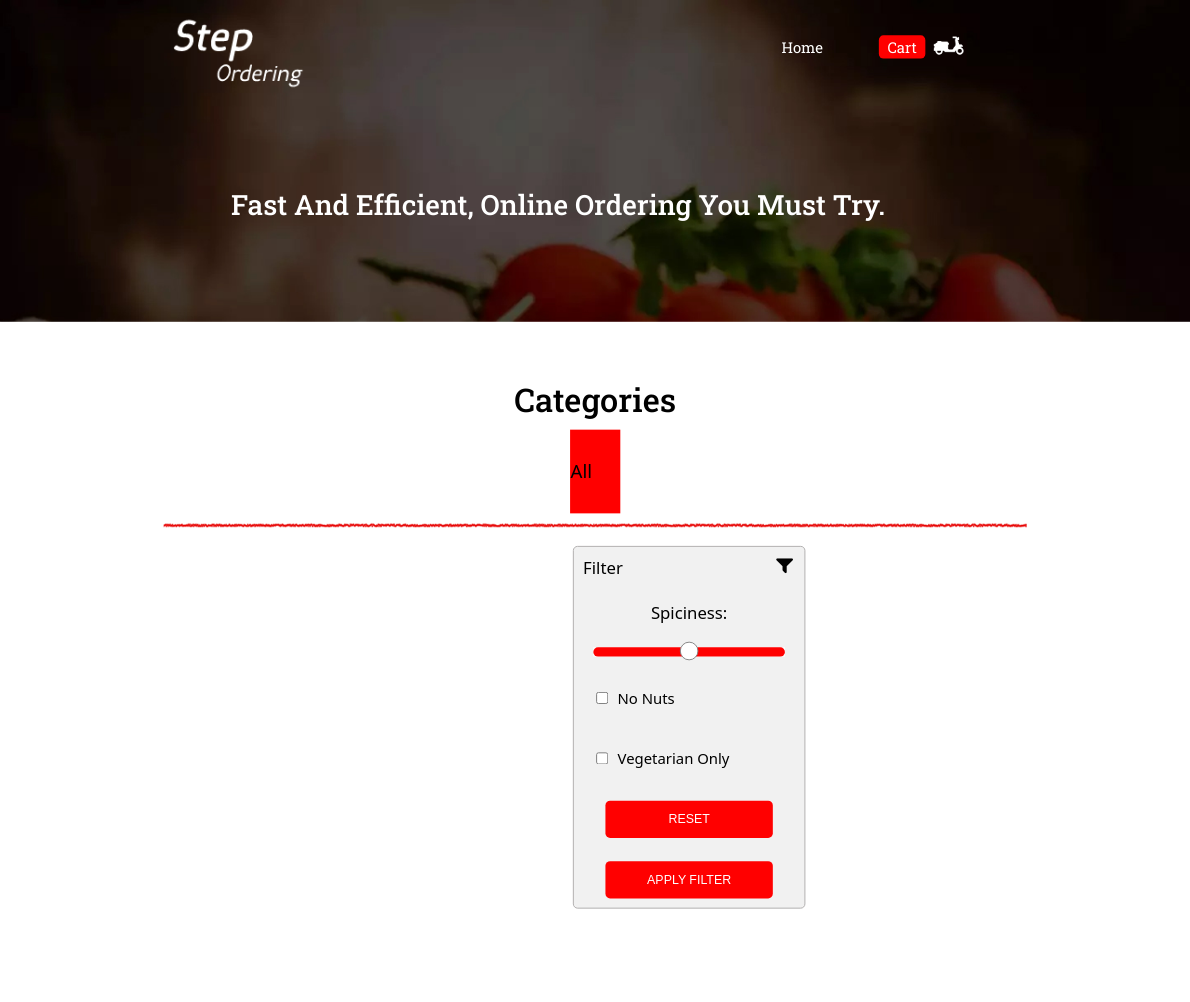
Repository: anastasia29-step/Online-Restaurant
Page: index.html
These files come from the project's save history. The page is drawn as it stood at one moment and after the next save; the edit follows.
The browser window is 1280 px wide. The pictures show the whole page, at 93% of full size.
Some web libraries are served in a nearby version.

Above is the page before, as saved 2026-03-10 16:42:37.
Not found: app.js/

### index.html
<!DOCTYPE html>
<html lang="en">

<head>
    <meta charset="UTF-8">
    <meta name="viewport" content="width=device-width, initial-scale=1.0">
    <title>Document</title>
    <link rel="stylesheet" href="style.css">
    <link rel="preconnect" href="https://fonts.googleapis.com">
    <link rel="preconnect" href="https://fonts.gstatic.com" crossorigin>
    <link href="https://fonts.googleapis.com/css2?family=Roboto+Slab:wght@100..900&display=swap" rel="stylesheet">
    <link rel="stylesheet" href="https://cdnjs.cloudflare.com/ajax/libs/font-awesome/7.0.1/css/all.min.css"
        integrity="sha512-2SwdPD6INVrV/lHTZbO2nodKhrnDdJK9/kg2XD1r9uGqPo1cUbujc+IYdlYdEErWNu69gVcYgdxlmVmzTWnetw=="
        crossorigin="anonymous" referrerpolicy="no-referrer" />
</head>

<body>

    <section class="FirstLine">

    <div class="beside" id="navbar">
        <div class="left">
            <a href="./index.html"><img src="./photo/logo.png" alt=""></a>
        </div>

        <div class="right">
            <a href="./index.html">Home</a>
            <a href="./Cart.html" class="a">Cart</a>
            <a href="./Cart.html">
            <img src="./photo/istockphoto-609074524-612x612 Background Removed.png" alt=""></a>
        </div>
    </div>

    <div class="bottom">
        <h1>Fast And Efficient, Online Ordering You Must Try.</h1>
    </div>

</section>
    <section class="section">
        <h1>Categories</h1>
        <ul>
            <li onclick="showAll()">All</li>
        </ul>
        <img src="./photo/border.png" alt="">
    </section>
    <form class="sectionCard">
        <div class="leftSide">
            <div class="filteredCard">
                <div class="first">
                    <p>Filter</p>
                    <i class="fa-solid fa-filter"></i>
                </div>
                <p>Spiciness:</p>
                <input class="range" type="range">
                <div class="next">
                    <input type="checkbox">
                    <p>No Nuts</p>
                </div>
                <div class="next">
                    <input type="checkbox">
                    <p>Vegetarian Only</p>
                </div>
                <button class="reset" onclick="reset()">RESET</button>
                <button class="apply" onclick="apply()">APPLY FILTER</button>
            </div>
        </div>
        <div class="rightSide">

        </div>
    </form>




    <script src="app.js\"></script>
</body>

</html>

### style.css
* {
    margin: 0;
    padding: 0;
    box-sizing: border-box;
}

.section {
    display: flex;
    flex-direction: column;
    justify-content: center;
    align-items: center;
    padding: 60px;
    gap: 10px;
}

section.section img {
    width: 80%;
    height: 5px;
    display: flex;
    justify-content: center;
    align-items: center;
}

.section h1 {
    font-style: bold;
    font-family: "Roboto Slab", serif;
    font-weight: 900;
}

ul {
    display: flex;
    justify-content: center;
    height: 90px;
    flex-wrap: wrap;
    list-style: none;
    font-weight: 400;
    background-color: #FF0000;
    gap: 30px;
    font-family: system-ui, -apple-system, BlinkMacSystemFont, 'Segoe UI', Roboto, Oxygen, Ubuntu, Cantarell, 'Open Sans', 'Helvetica Neue', sans-serif;
    align-items: center;
    margin-left: 200px;
    margin-right: 200px;
}

ul::after {
    content: "";
    display: block;
    height: 6px;
    background-image: url("border.png");
    background-repeat: repeat-x;
    background-position: bottom;
}

.FirstLine {
    height: 48vh;
    background-image: url(./photo/inner_banner.jpg);
    background-position: center;
    background-repeat: no-repeat;
    background-size: cover;
    padding-left: 170px;
    padding-top: 20px;
}

.beside {
    position: fixed;
    top: 0;
    left: 0;
    width: 100%;
    display: flex;
    justify-content: space-between;
    padding: 20px 170px;
    transition: 0.3s;
    z-index: 1000;
}

.beside.active {
    backdrop-filter: blur(10px);
    background: rgba(0, 0, 0, 0.9);
}

.beside.active::after {
    content: "";
    position: absolute;
    bottom: 0;
    left: 0;
    width: 100%;
    height: 100px;
    background-image: url("photo/border.png");
    background-repeat: repeat-x;
    content: "";
    position: absolute;
    bottom: 0;
    left: 0;
    width: 100%;
    height: 5px;
    background-image: url("photo/border.png");
    background-repeat: repeat-x;
}

.beside .right {
    display: flex;
    gap: 20px;
    padding-right: 60px;
    padding-top: 20px;
}

.FirstLine .right :first-child:hover {
    color: #FFCC00;
}

.beside .right a {
    text-decoration: none;
    color: white;
    font-family: "Roboto Slab", serif;
}

.beside .right .a {
    background-color: red;
    width: 50px;
    height: 25px;
    padding-top: 2px;
    text-align: center;
    border-radius: 5px;
    margin-top: -2px;
    margin-left: 40px;
}

.beside .right .a:hover+a img {
    transform: translateX(50px);
}

.beside .right img {
    width: 60px;
    margin-top: -21px;
    margin-left: -25px;
    transition: transform 3.0s;
}

.FirstLine .bottom h1 {
    text-align: center;
    color: white;
    margin-top: 180px;
    margin-right: 250px;
    font-size: 30px;
    font-weight: 500;
    font-family: "Roboto Slab", serif;
}

.section h1 {
    font-weight: 500;
    font-size: 35px;
}

ul li {
    height: 100%;
    font-size: 20px;
    cursor: pointer;
    transition: 0.3s;
    display: flex;
    flex-wrap: wrap;
    justify-content: center;
    align-items: center;

}

ul li:hover {
    background-color: red;
    color: white;

}

.sectionCard {
    display: flex;
    width: 100%;
    padding: 60px;
    margin-top: -140px;
    justify-content: center;
}

.leftSide {
    width: 30%;
    padding: 40px;
    margin-left: 50px;
}

.filteredCard {
    width: 250px;
    height: 390px;
    display: flex;
    flex-direction: column;
    justify-content: space-between;
    align-items: center;
    padding: 10px;
    background-color: #F1F1F1;
    border: 1px solid rgb(174, 172, 172);
    border-radius: 5px;
    font-family: system-ui, -apple-system, BlinkMacSystemFont, 'Segoe UI', Roboto, Oxygen, Ubuntu, Cantarell, 'Open Sans', 'Helvetica Neue', sans-serif;
    font-size: 18px;
    margin-left: 50px;

}

.first {
    display: flex;
    width: 100%;
    justify-content: space-between;
}

.next {
    display: flex;
    align-items: center;
    width: 200px;
    height: 40px;
    gap: 10px;
}
.next .check{
    width: 20px;
    height: 20px;
    cursor: pointer;
    appearance: none;
    border: 2px solid grey;
    border-radius: 2px;
}
.check:hover{
    border: 2px solid black;
}
.next p{
    font-size: 16px;
}

.filteredCard button {
    height: 40px;
    width: 180px;
    background-color: #FF0000;
    color: white;
    border: none;
    border-radius: 5px;
    cursor: pointer;
    transition: 0.5s;
}

.range {
    width: 90%;
    appearance: none;
    -webkit-appearance: none;
}
.range::-webkit-slider-runnable-track{
    height: 10px;
    background: #FF0000;
    border-radius: 10px;
}
.range::-webkit-slider-thumb{
    appearance: none;
    -webkit-appearance: none;
    width: 20px;
    height: 20px;
    background-color: white;
    border-radius: 50%;
    border: 1px solid grey;
    cursor: pointer;
    margin-top: -6px;
}
.range::-moz-range-track{
    height: 6px;
    background-color: red;
    border-radius: 10px;
}
.range::-moz-range-thumb{
    width: 18px;
    height: 18px;
    background-color: white;
    border-radius: 50%;
    cursor: pointer;
}


.filteredCard button:hover {
    background-color: #FFCC00;
}

.rightSide {
    display: flex;
    justify-content: center;
    flex-wrap: wrap;
    padding: 40px;
    gap: 25px;
    margin-left: -150px;
}

.card {
    width: 250px;
    height: 420px;
    display: flex;
    flex-direction: column;
    align-items: center;
    justify-content: space-between;
    padding-bottom: 15px;
    border: 1px solid grey;
    border-radius: 17px;
}

.card img {
    width: 100%;
    height: 200px;
    object-fit: cover;
    border-top-left-radius: 17px;
    border-top-right-radius: 17px;
    background-color: #CFCFCF;
}

.card h1 {
    font-size: 20px;
    font-family: system-ui, -apple-system, BlinkMacSystemFont, 'Segoe UI', Roboto, Oxygen, Ubuntu, Cantarell, 'Open Sans', 'Helvetica Neue', sans-serif;
}

.sides {
    display: flex;
    justify-content: center;
    gap: 7px;
}

.checks {
    display: flex;
    gap: 3px;
}

.card .bottom {
    width: 100%;
    padding: 10px;
    display: flex;
    justify-content: space-between;
    align-items: center;
}

.card .bottom button {
    height: 40px;
    width: 120px;
    display: flex;
    justify-content: center;
    align-items: center;
    border: 1px solid black;
}

After the next save:
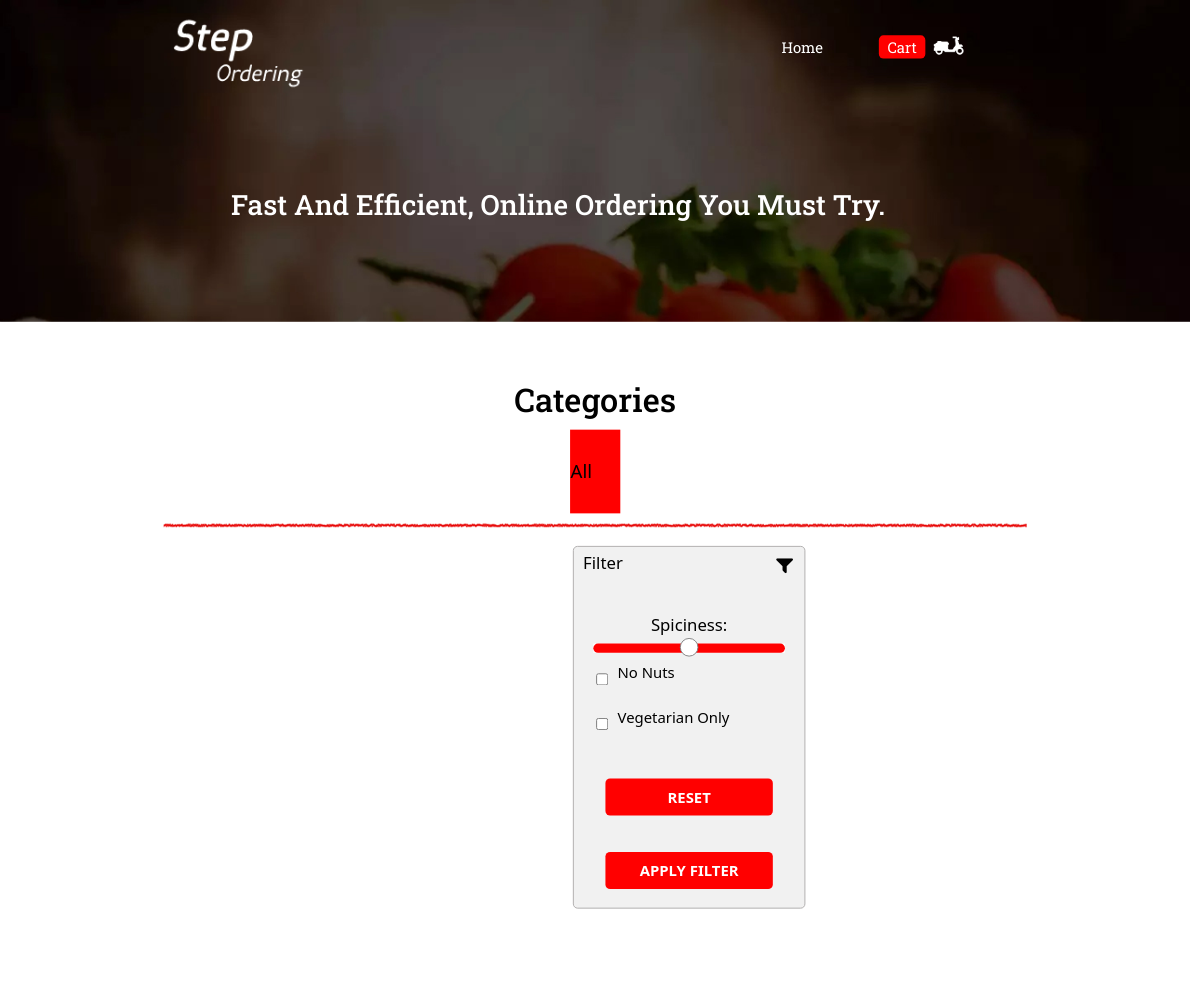
Saved 49 s later.
--- a/style.css
+++ b/style.css
@@ -38,8 +38,8 @@ ul {
     gap: 30px;
     font-family: system-ui, -apple-system, BlinkMacSystemFont, 'Segoe UI', Roboto, Oxygen, Ubuntu, Cantarell, 'Open Sans', 'Helvetica Neue', sans-serif;
     align-items: center;
-    margin-left: 200px;
-    margin-right: 200px;
+    margin-left: 100px;
+    margin-right: 100px;
 }
 
 ul::after {
@@ -191,6 +191,7 @@ ul li:hover {
     justify-content: space-between;
     align-items: center;
     padding: 10px;
+    padding-bottom: 20px;
     background-color: #F1F1F1;
     border: 1px solid rgb(174, 172, 172);
     border-radius: 5px;
@@ -199,6 +200,10 @@ ul li:hover {
     margin-left: 50px;
 
 }
+.filteredCard p{
+    margin-top: -5px;
+    margin-bottom: 10px;
+}
 
 .first {
     display: flex;
@@ -212,8 +217,10 @@ ul li:hover {
     width: 200px;
     height: 40px;
     gap: 10px;
-}
-.next .check{
+    margin-top: -30px;
+}
+
+.next .check {
     width: 20px;
     height: 20px;
     cursor: pointer;
@@ -221,10 +228,12 @@ ul li:hover {
     border: 2px solid grey;
     border-radius: 2px;
 }
-.check:hover{
+
+.check:hover {
     border: 2px solid black;
 }
-.next p{
+
+.next p {
     font-size: 16px;
 }
 
@@ -237,19 +246,25 @@ ul li:hover {
     border-radius: 5px;
     cursor: pointer;
     transition: 0.5s;
+    font-size: 16px;
+    font-family: system-ui, -apple-system, BlinkMacSystemFont, 'Segoe UI', Roboto, Oxygen, Ubuntu, Cantarell, 'Open Sans', 'Helvetica Neue', sans-serif;
+    font-weight: 800;
 }
 
 .range {
     width: 90%;
     appearance: none;
     -webkit-appearance: none;
-}
-.range::-webkit-slider-runnable-track{
+    margin-top: -40px;
+}
+
+.range::-webkit-slider-runnable-track {
     height: 10px;
     background: #FF0000;
     border-radius: 10px;
 }
-.range::-webkit-slider-thumb{
+
+.range::-webkit-slider-thumb {
     appearance: none;
     -webkit-appearance: none;
     width: 20px;
@@ -260,12 +275,14 @@ ul li:hover {
     cursor: pointer;
     margin-top: -6px;
 }
-.range::-moz-range-track{
+
+.range::-moz-range-track {
     height: 6px;
     background-color: red;
     border-radius: 10px;
 }
-.range::-moz-range-thumb{
+
+.range::-moz-range-thumb {
     width: 18px;
     height: 18px;
     background-color: white;
